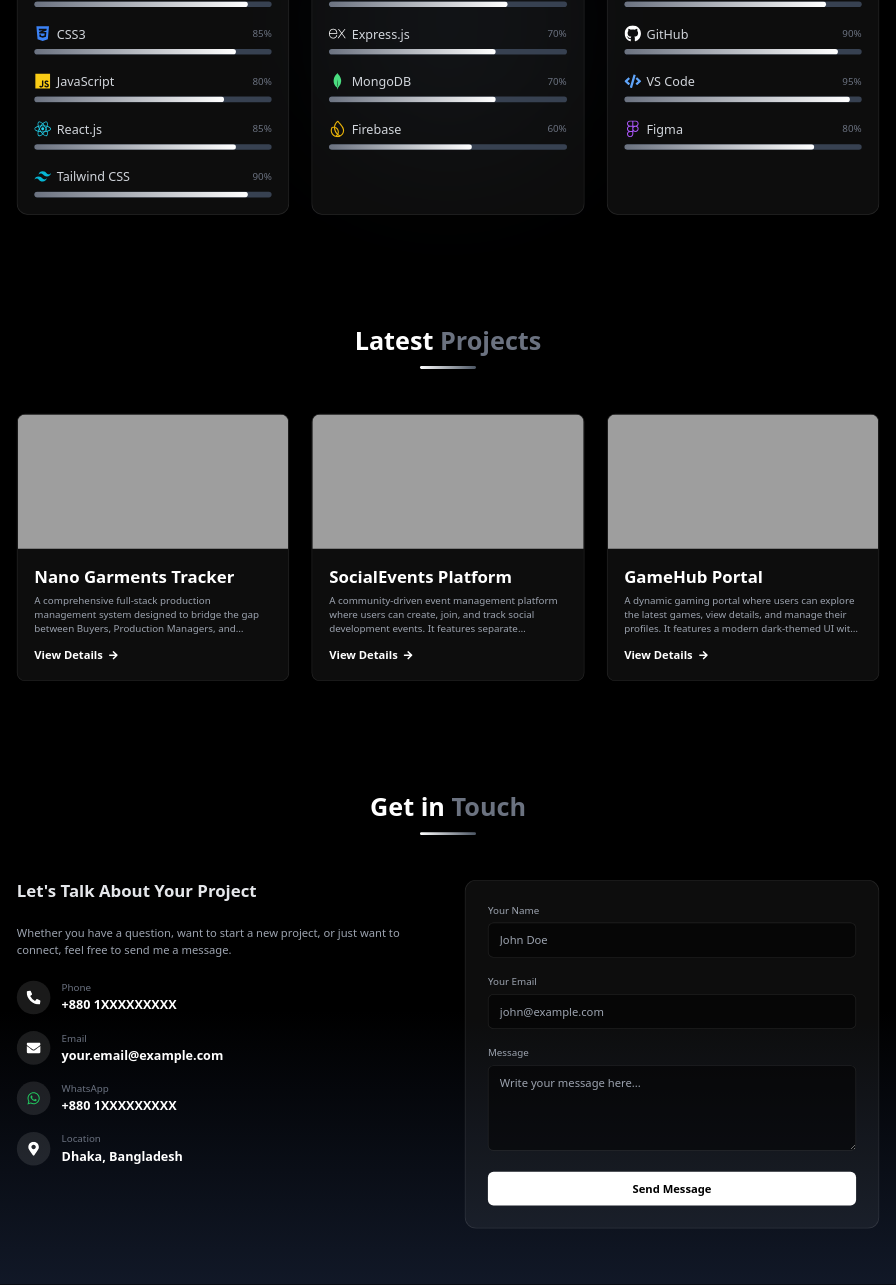
Repository: nahid-hasann/portfolio
Page: /
The author's editor kept a copy of each file at every save. The page is drawn from the files as they stood at one save, then again after a run of saves.
The browser window is 1280 px wide. The pictures show the part of the page from y = 1700 to 3620 px (the page is 3535 px tall before and 3620 px after), at 70% of full size.
Pictures or frames that could not be fetched are drawn as grey boxes. The project was rebuilt for these pictures with package versions that can differ from the ones it lists, and the page was loaded fresh each time. Also part of the build but not shown: vite.config.js, src/pages/ProjectDetails.jsx.

Above is the page before, as saved 2026-01-05 22:11:19.

### index.html
<!doctype html>
<html data-theme="light" lang="en">
  <head>
    <meta charset="UTF-8" />
    <link rel="icon" type="image/svg+xml" href="/vite.svg" />
    <meta name="viewport" content="width=device-width, initial-scale=1.0" />
    <title>my-portfolio</title>
  </head>
  <body>
    <div id="root"></div>
    <script type="module" src="/src/main.jsx"></script>
  </body>
</html>

### src/main.jsx
import { StrictMode } from 'react'
import { createRoot } from 'react-dom/client'
import './index.css'
import App from './App.jsx'
import {
  createBrowserRouter,
  RouterProvider,
} from "react-router-dom";
import Home from './pages/Home.jsx';
import ProjectDetails from './pages/ProjectDetails.jsx';

const router = createBrowserRouter([
  {
    path: "/",
    element: <App />,
    children: [
      {
        path: "/",
        element: <Home></Home>,
      },
      {
        path: "/about",
        element: <div className="text-center mt-10 text-2xl">ℹ️ This is About Section</div>,
      },
      {
        path: "/projects",
        element: <div className="text-center mt-10 text-2xl">🚀 This is Projects Section</div>,
      },
      {
        path: "/contact",
        element: <div className="text-center mt-10 text-2xl">📞 This is Contact Section</div>,
      },
      {
        path: "/skills",
        element: <div className="text-center mt-10 text-2xl" >this is skill </div>
      },
      {

        path: "/project/:id",
        element: <ProjectDetails />,

      }
    ]
  },
]);

createRoot(document.getElementById('root')).render(
  <StrictMode>
    <RouterProvider router={router} />
  </StrictMode>,
)

### src/index.css
@tailwind base;
@tailwind components;
@tailwind utilities;

html {
    scroll-behavior: smooth;
    background-color: #000000;

    color: #ffffff;
}


::-webkit-scrollbar {
    width: 8px;
}

::-webkit-scrollbar-track {
    background: #1a1a1a;
}

::-webkit-scrollbar-thumb {
    background: #444;
    border-radius: 4px;
}

::-webkit-scrollbar-thumb:hover {
    background: #fff;
}

### src/App.jsx
import React from 'react';
import { Outlet } from 'react-router-dom';
import Navbar from './components/Navbar';
// import Navbar from './components/Navbar';

function App() {
  return (
    <div>

      <Navbar />

      <div className="w-full">
        <Outlet />
      </div>
    </div>
  );
}

export default App;

### src/pages/Home.jsx
import React from 'react';
import Hero from '../components/Hero';
import About from '../components/About';
import Skills from '../components/Skills';
// import ProjectDetails from './ProjectDetails';
import Projects from '../components/Projects';
import Contact from '../components/Contact';


const Home = () => {
    return (
        <div className="bg-black min-h-screen">
            <Hero />
            <About></About>
            <Skills></Skills>
            <Projects></Projects>
            <Contact></Contact>
        </div>
    );
};

export default Home;

### src/components/Navbar.jsx
import React, { useState } from 'react';
import { Link, useLocation } from 'react-router-dom';
import { motion, AnimatePresence } from 'framer-motion';
import { FaBars, FaTimes } from 'react-icons/fa';

const Navbar = () => {
    const [isOpen, setIsOpen] = useState(false);
    const location = useLocation();

    // মেনু আইটেমগুলোর লিস্ট
    const navLinks = [
        { name: 'Home', path: '/' },
        { name: 'About', path: '/about' },
        { name: 'Skills', path: '/skills' },
        { name: 'Projects', path: '/projects' },
        { name: 'Contact', path: '/contact' },
    ];

    // এক্টিভ লিংক চেক করার ফাংশন
    const isActive = (path) => location.pathname === path;

    return (
        <nav className="fixed top-0 left-0 right-0 z-50 bg-black/80 backdrop-blur-md border-b border-white/10">
            <div className="container mx-auto px-6 py-4 flex justify-between items-center">

                {/* Logo Area */}
                <motion.div
                    initial={{ opacity: 0, x: -20 }}
                    animate={{ opacity: 1, x: 0 }}
                    transition={{ duration: 0.5 }}
                >
                    <Link to="/" className="text-2xl font-bold tracking-tighter text-white">
                        NAHID<span className="text-gray-400">.DEV</span>
                    </Link>
                </motion.div>

                {/* Desktop Menu */}
                <div className="hidden md:flex space-x-8">
                    {navLinks.map((link, index) => (
                        <motion.div
                            key={index}
                            initial={{ opacity: 0, y: -10 }}
                            animate={{ opacity: 1, y: 0 }}
                            transition={{ delay: 0.1 * index, duration: 0.5 }}
                        >
                            <Link
                                to={link.path}
                                className={`text-sm font-medium transition-colors duration-300 relative group ${isActive(link.path) ? 'text-white' : 'text-gray-400 hover:text-white'
                                    }`}
                            >
                                {link.name}
                                {/* Hover Underline Animation */}
                                <span className={`absolute left-0 bottom-[-5px] w-0 h-[2px] bg-white transition-all duration-300 group-hover:w-full ${isActive(link.path) ? 'w-full' : ''}`}></span>
                            </Link>
                        </motion.div>
                    ))}
                </div>

                {/* Mobile Menu Button */}
                <div className="md:hidden">
                    <button onClick={() => setIsOpen(!isOpen)} className="text-white focus:outline-none text-2xl">
                        {isOpen ? <FaTimes /> : <FaBars />}
                    </button>
                </div>
            </div>

            {/* Mobile Dropdown Menu (AnimatePresence for smooth exit) */}
            <AnimatePresence>
                {isOpen && (
                    <motion.div
                        initial={{ opacity: 0, height: 0 }}
                        animate={{ opacity: 1, height: 'auto' }}
                        exit={{ opacity: 0, height: 0 }}
                        className="md:hidden bg-black border-b border-white/10 overflow-hidden"
                    >
                        <div className="flex flex-col items-center py-6 space-y-4">
                            {navLinks.map((link) => (
                                <Link
                                    key={link.name}
                                    to={link.path}
                                    onClick={() => setIsOpen(false)}
                                    className={`text-lg font-medium ${isActive(link.path) ? 'text-white' : 'text-gray-400'}`}
                                >
                                    {link.name}
                                </Link>
                            ))}
                        </div>
                    </motion.div>
                )}
            </AnimatePresence>
        </nav>
    );
};

export default Navbar;

### src/components/Hero.jsx
import React from 'react';
import { motion } from 'framer-motion';
import { FaGithub, FaLinkedin, FaFacebook, FaDownload } from "react-icons/fa";

const Hero = () => {

    const fadeUp = {
        hidden: { opacity: 0, y: 30 },
        visible: { opacity: 1, y: 0, transition: { duration: 0.8 } }
    };

    return (
        <section className="min-h-screen bg-black text-white flex items-center justify-center pt-20 overflow-hidden relative">


            <div className="absolute top-[-10%] left-[-10%] w-96 h-96 bg-white/5 rounded-full blur-[100px]" />
            <div className="absolute bottom-[-10%] right-[-10%] w-96 h-96 bg-white/5 rounded-full blur-[100px]" />

            <div className="container mx-auto px-6 grid md:grid-cols-2 gap-10 items-center relative z-10">

                {/* Left Side: Text Content */}
                <motion.div
                    initial="hidden"
                    animate="visible"
                    variants={{
                        visible: { transition: { staggerChildren: 0.2 } }
                    }}
                    className="text-center md:text-left"
                >
                    <motion.p variants={fadeUp} className="text-gray-400 text-lg mb-2 tracking-widest uppercase">
                        Welcome to my world
                    </motion.p>

                    <motion.h1 variants={fadeUp} className="text-5xl md:text-7xl font-bold mb-4 leading-tight">
                        Hi, I'm <br />
                        <span className="text-transparent bg-clip-text bg-gradient-to-r from-white to-gray-500">
                            MH Nahid
                        </span>
                    </motion.h1>

                    <motion.h2 variants={fadeUp} className="text-2xl md:text-3xl font-light text-gray-300 mb-6">
                        MERN Stack Developer
                    </motion.h2>

                    <motion.p variants={fadeUp} className="text-gray-400 max-w-lg mx-auto md:mx-0 mb-8 leading-relaxed">
                        I craft high-performance websites with stunning designs. Expert in React, Node.js, and modern web technologies.
                    </motion.p>


                    <motion.div variants={fadeUp} className="flex gap-6 justify-center md:justify-start mb-8">
                        {[
                            { icon: <FaGithub />, link: "https://github.com/nahid-hasann" },
                            { icon: <FaLinkedin />, link: "https://www.linkedin.com/in/mh-nahid-webdev/" },
                            { icon: <FaFacebook />, link: "https://www.facebook.com/mh.na.hi.d.554448/" }
                        ].map((social, index) => (
                            <a
                                key={index}
                                href={social.link}
                                target="_blank"
                                className="text-2xl text-gray-400 hover:text-white hover:scale-110 transition-transform duration-300"
                            >
                                {social.icon}
                            </a>
                        ))}
                    </motion.div>


                    <motion.div variants={fadeUp} className="flex flex-col sm:flex-row gap-4 justify-center md:justify-start">
                        <a
                            href="/resume.pdf"
                            download
                            className="px-8 py-3 bg-white text-black font-bold rounded-full hover:bg-gray-200 transition duration-300 flex items-center justify-center gap-2"
                        >
                            <FaDownload /> Download Resume
                        </a>
                        <a
                            href="/contact"
                            className="px-8 py-3 border border-white text-white font-bold rounded-full hover:bg-white/10 transition duration-300"
                        >
                            Contact Me
                        </a>
                    </motion.div>
                </motion.div>


                <motion.div
                    initial={{ opacity: 0, scale: 0.8 }}
                    animate={{ opacity: 1, scale: 1 }}
                    transition={{ duration: 0.8 }}
                    className="flex justify-center"
                >

                    <motion.div
                        animate={{ y: [0, -20, 0] }}
                        transition={{ duration: 4, repeat: Infinity, ease: "easeInOut" }}
                        className="relative w-80 h-80 md:w-96 md:h-96"
                    >

                        <div className="absolute inset-0 border-2 border-white/20 rounded-full transform rotate-6 scale-105" />


                        <img
                            src="/public/193213-.jpg"
                            alt="Nahid Profile"
                            className="w-full object-top h-full object-cover rounded-full shadow-2xl border-4 border-black grayscale hover:grayscale-0 transition duration-500"
                        />
                    </motion.div>
                </motion.div>
            </div>
        </section>
    );
};

export default Hero;

### src/components/About.jsx
import React from 'react';
import { motion } from 'framer-motion';
// ১. এখানে FaMotorcycle আইকনটি যুক্ত করেছি
import { FaCode, FaPaintBrush, FaCoffee, FaMotorcycle } from "react-icons/fa";

const About = () => {
    return (
        <section id="about" className="py-20 bg-black text-white relative overflow-hidden">
            {/* Background Elements */}
            <div className="absolute top-0 right-0 w-64 h-64 bg-gray-800/20 rounded-full blur-[80px]" />
            <div className="absolute bottom-0 left-0 w-64 h-64 bg-gray-800/20 rounded-full blur-[80px]" />

            <div className="container mx-auto px-6 relative z-10">

                {/* Section Title */}
                <motion.div
                    initial={{ opacity: 0, y: 20 }}
                    whileInView={{ opacity: 1, y: 0 }}
                    transition={{ duration: 0.6 }}
                    className="text-center mb-16"
                >
                    <h2 className="text-4xl font-bold mb-4">About <span className="text-gray-500">Me</span></h2>
                    <div className="w-20 h-1 bg-gradient-to-r from-white to-gray-600 mx-auto rounded-full"></div>
                </motion.div>

                <div className="grid md:grid-cols-2 gap-12 items-center">

                    {/* Left Side: My Journey Text */}
                    <motion.div
                        initial={{ opacity: 0, x: -50 }}
                        whileInView={{ opacity: 1, x: 0 }}
                        transition={{ duration: 0.8 }}
                    >
                        <h3 className="text-2xl font-semibold mb-4 text-gray-200">My Programming Journey</h3>
                        <p className="text-gray-400 leading-relaxed mb-6">
                            I started my coding journey with a curiosity to understand how websites work.
                            Over time, I mastered the <span className="text-white font-bold">MERN Stack (MongoDB, Express, React, Node.js)</span>.
                            I love solving complex problems and turning ideas into smooth, interactive web applications.
                        </p>
                        <p className="text-gray-400 leading-relaxed">
                            Currently, I am focused on building scalable web apps and learning new technologies like Next.js and TypeScript.
                            My goal is to write clean code and deliver excellent user experiences.
                        </p>
                    </motion.div>

                    {/* Right Side: Cards for Interests/Hobbies */}
                    <motion.div
                        initial={{ opacity: 0, x: 50 }}
                        whileInView={{ opacity: 1, x: 0 }}
                        transition={{ duration: 0.8 }}
                        className="grid grid-cols-1 sm:grid-cols-2 gap-6"
                    >
                        {/* Card 1: Web Development */}
                        <div className="p-6 bg-white/5 border border-white/10 rounded-xl hover:bg-white/10 transition duration-300">
                            <FaCode className="text-3xl text-gray-300 mb-4" />
                            <h4 className="text-xl font-bold mb-2">Development</h4>
                            <p className="text-gray-500 text-sm">Building dynamic and fast web applications.</p>
                        </div>

                        {/* Card 2: Design */}
                        <div className="p-6 bg-white/5 border border-white/10 rounded-xl hover:bg-white/10 transition duration-300">
                            <FaPaintBrush className="text-3xl text-gray-300 mb-4" />
                            <h4 className="text-xl font-bold mb-2">Design</h4>
                            <p className="text-gray-500 text-sm">Creating clean and modern user interfaces.</p>
                        </div>

                        {/* Card 3: Coffee & Code (তোমার পছন্দের) */}
                        <div className="p-6 bg-white/5 border border-white/10 rounded-xl hover:bg-white/10 transition duration-300">
                            <FaCoffee className="text-3xl text-gray-300 mb-4" />
                            <h4 className="text-xl font-bold mb-2">Coffee & Code</h4>
                            <p className="text-gray-500 text-sm">I love coding while enjoying a fresh cup of coffee.</p>
                        </div>

                        {/* Card 4: Motorbike Riding (তোমার পছন্দের) */}
                        <div className="p-6 bg-white/5 border border-white/10 rounded-xl hover:bg-white/10 transition duration-300">
                            <FaMotorcycle className="text-3xl text-gray-300 mb-4" />
                            <h4 className="text-xl font-bold mb-2">Riding</h4>
                            <p className="text-gray-500 text-sm">I love riding my motorbike and exploring new roads.</p>
                        </div>

                    </motion.div>
                </div>
            </div>
        </section>
    );
};

export default About;

### src/components/Projects.jsx
import React from 'react';
import { motion } from 'framer-motion';
import { Link } from 'react-router-dom';
import { FaArrowRight } from "react-icons/fa";
// আমাদের তৈরি করা ডাটা ইমপোর্ট করছি
// import { Projects } from '../data/projects';
// import { projects } from '../data/project';
// import { projects } from '../data/project';
// import { projects } from '../data/projects';
import { projects } from '../data/projects';

const Projects = () => {
    return (
        <section id="projects" className="py-20 bg-black text-white">
            <div className="container mx-auto px-6">
                {/* Title */}
                <motion.div
                    initial={{ opacity: 0, y: 20 }}
                    whileInView={{ opacity: 1, y: 0 }}
                    transition={{ duration: 0.6 }}
                    className="text-center mb-16"
                >
                    <h2 className="text-4xl font-bold mb-4">Latest <span className="text-gray-500">Projects</span></h2>
                    <div className="w-20 h-1 bg-gradient-to-r from-white to-gray-600 mx-auto rounded-full"></div>
                </motion.div>

                {/* Projects Grid */}
                <div className="grid md:grid-cols-3 gap-8">
                    {projects.map((project, index) => (
                        <motion.div
                            key={project.id}
                            initial={{ opacity: 0, y: 30 }}
                            whileInView={{ opacity: 1, y: 0 }}
                            transition={{ delay: index * 0.2, duration: 0.8 }}
                            whileHover={{ y: -10 }} // কার্ড হোভার করলে একটু উপরে উঠবে
                            className="group bg-white/5 rounded-xl overflow-hidden border border-white/10 hover:border-white/30 transition-all"
                        >
                            {/* Project Image */}
                            <div className="relative overflow-hidden h-48">
                                <img
                                    src={project.image}
                                    alt={project.title}
                                    className="w-full h-full object-cover transform group-hover:scale-110 transition duration-500"
                                />
                            </div>

                            {/* Content */}
                            <div className="p-6">
                                <h3 className="text-2xl font-bold mb-2 group-hover:text-gray-300 transition">{project.title}</h3>
                                <p className="text-gray-400 text-sm mb-4 line-clamp-3">
                                    {project.description}
                                </p>

                                {/* View Details Button */}
                                <Link
                                    to={`/project/${project.id}`}
                                    className="inline-flex items-center gap-2 text-white font-semibold hover:text-gray-300 transition"
                                >
                                    View Details <FaArrowRight className="text-sm" />
                                </Link>
                            </div>
                        </motion.div>
                    ))}
                </div>
            </div>
        </section>
    );
};

export default Projects;

### src/components/Footer.jsx
import React from 'react';
import { FaGithub, FaLinkedin, FaFacebook } from "react-icons/fa";

const Footer = () => {
    return (
        <footer className="bg-black text-gray-400 py-8 border-t border-white/10">
            <div className="container mx-auto px-6 flex flex-col md:flex-row justify-between items-center">

                <div className="mb-4 md:mb-0">
                    <p className="text-sm">
                        &copy; {new Date().getFullYear()} <span className="text-white font-bold">Nahid Hasan</span>. All rights reserved.
                    </p>
                </div>

                <div className="flex gap-6">
                    <a href="#" className="hover:text-white transition text-xl"><FaGithub /></a>
                    <a href="#" className="hover:text-white transition text-xl"><FaLinkedin /></a>
                    <a href="#" className="hover:text-white transition text-xl"><FaFacebook /></a>
                </div>
            </div>
        </footer>
    );
};

export default Footer;

Loaded but not shown: src/data/projects.js (36 lines, source omitted); tailwind.config.js (13 lines, source omitted); src/components/Contact.jsx (119 lines, source omitted); src/components/Skills.jsx (102 lines, source omitted)

After the next 2 saves:
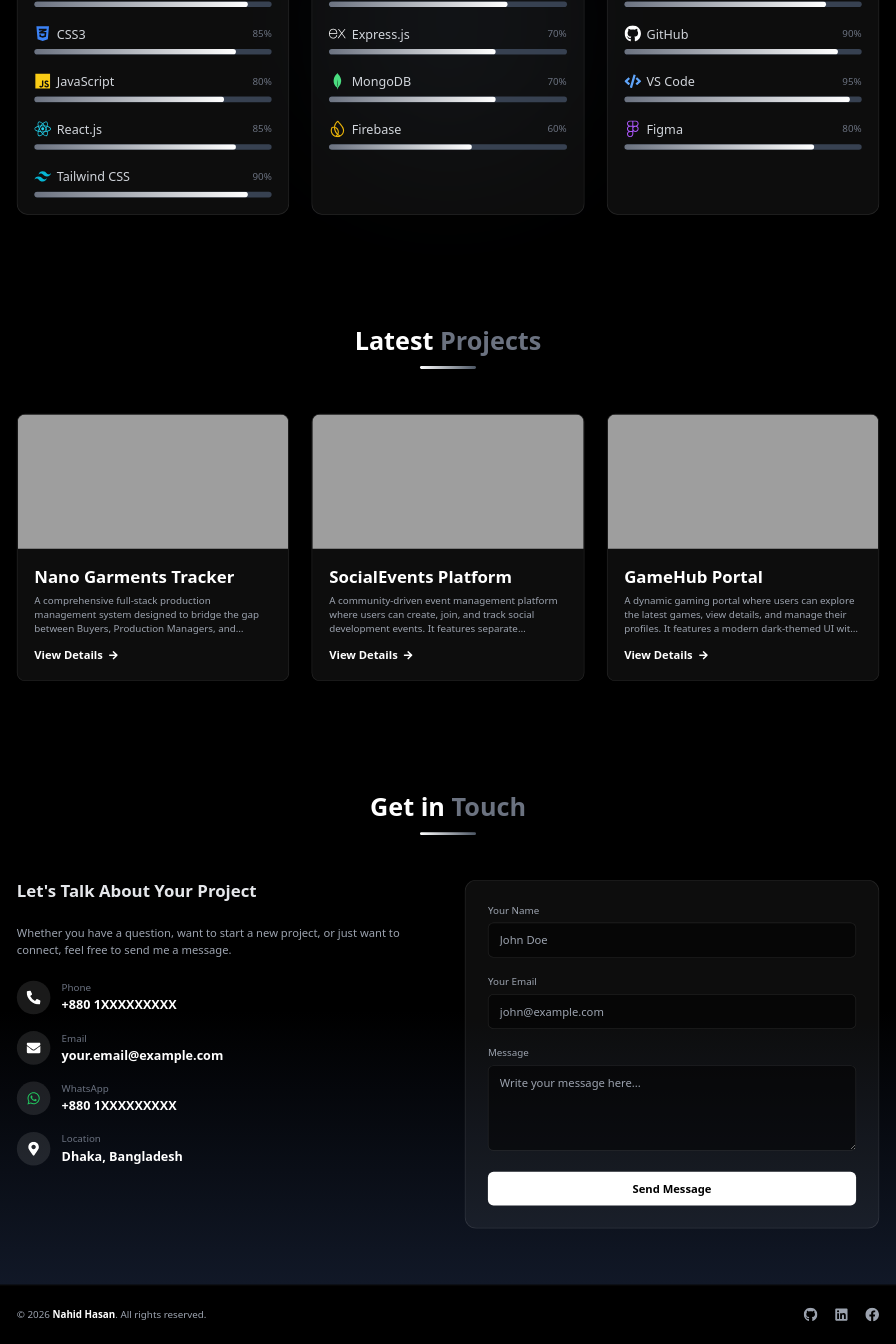
The 2 saves are shown as one change because they came seconds apart.
The last was saved 59 s later.
--- a/src/App.jsx
+++ b/src/App.jsx
@@ -1,6 +1,7 @@
 import React from 'react';
 import { Outlet } from 'react-router-dom';
 import Navbar from './components/Navbar';
+import Footer from './components/Footer';
 // import Navbar from './components/Navbar';
 
 function App() {
@@ -12,6 +13,7 @@ function App() {
       <div className="w-full">
         <Outlet />
       </div>
+      <Footer></Footer>
     </div>
   );
 }
